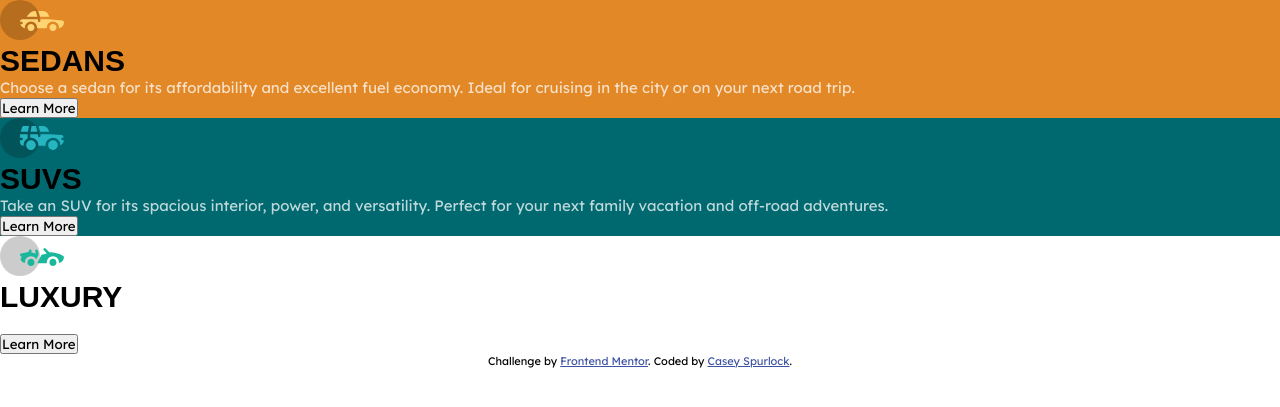
Repository: CaseySpurlock/3-column-preview-card-component-main
Page: index.html
These files come from the project's save history. The page is drawn as it stood at one moment and after the next save; the edit follows.
The browser window is 1280 px wide. The pictures show the whole page.

Above is the page before, as saved 2021-06-23 10:31:35.

After the next save:
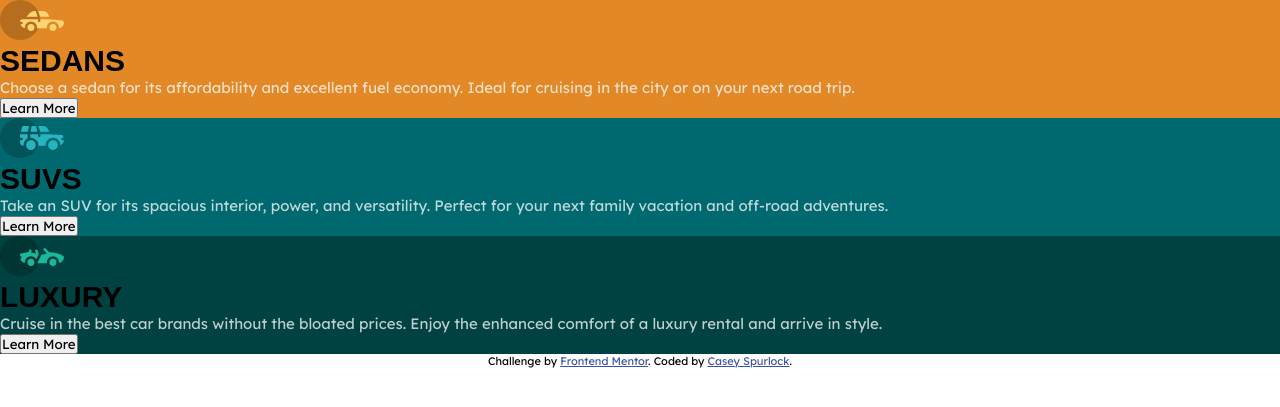
Saved 27 s later.
--- a/style.css
+++ b/style.css
@@ -27,6 +27,10 @@
     background-color: hsl(184, 100%, 22%);
 }
 
+.very-dark-cyan {
+    background-color: hsl(179, 100%, 13%);
+}
+
 
 .attribution {
     font-size: 11px;
